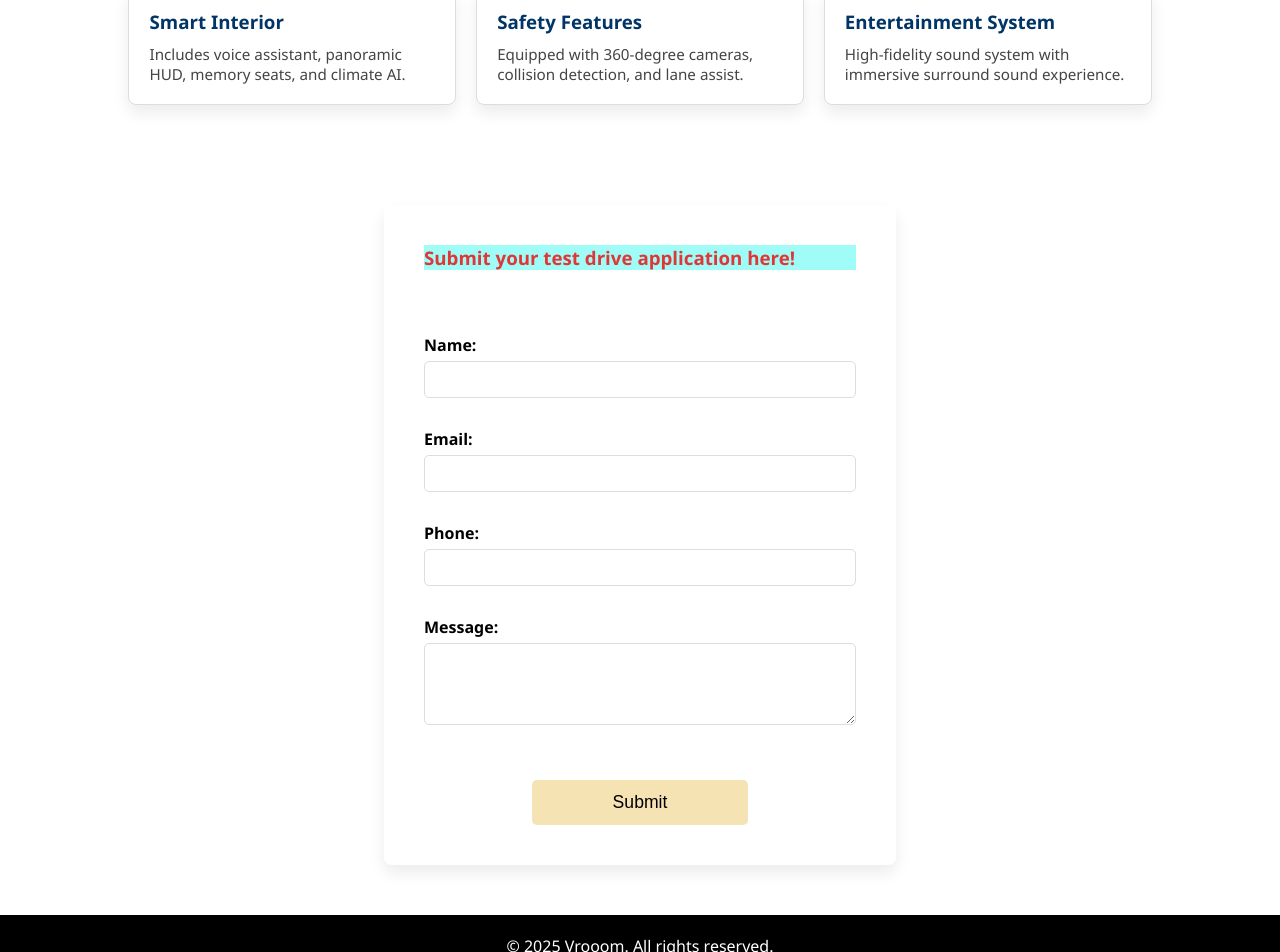
Repository: JiaheSu22/vrooom-responsive-main
Page: index.html
These files come from the project's save history. The page is drawn as it stood at one moment and after the next save; the edit follows.
The browser window is 1280 px wide. The pictures show the part of the page from y = 913 to 1865 px (the page is 1912 px tall before and 1952 px after).
A picture or video elsewhere on the page could not be fetched, so the positions and the page height are approximate.

Above is the page before, as saved 2025-04-11 15:34:57.

After the next save:
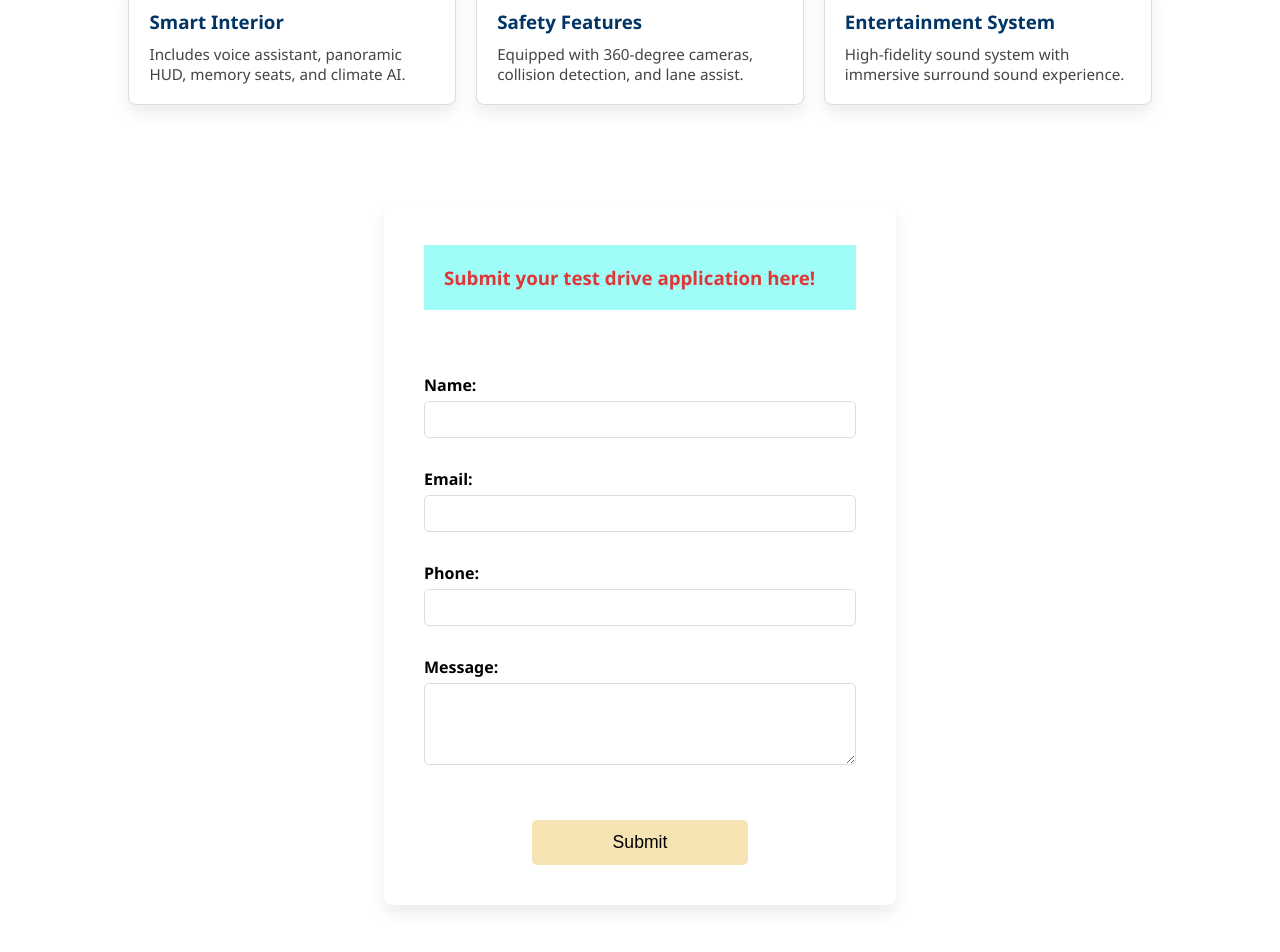
Saved 8 s later.
--- a/index.html
+++ b/index.html
@@ -159,7 +159,7 @@
 
     .form-section h3 {
       background-color: #a0fcf7;
-      padding: auto;
+      padding: 20px;
       color: #f97705;
       margin-bottom: 20px;
     }
